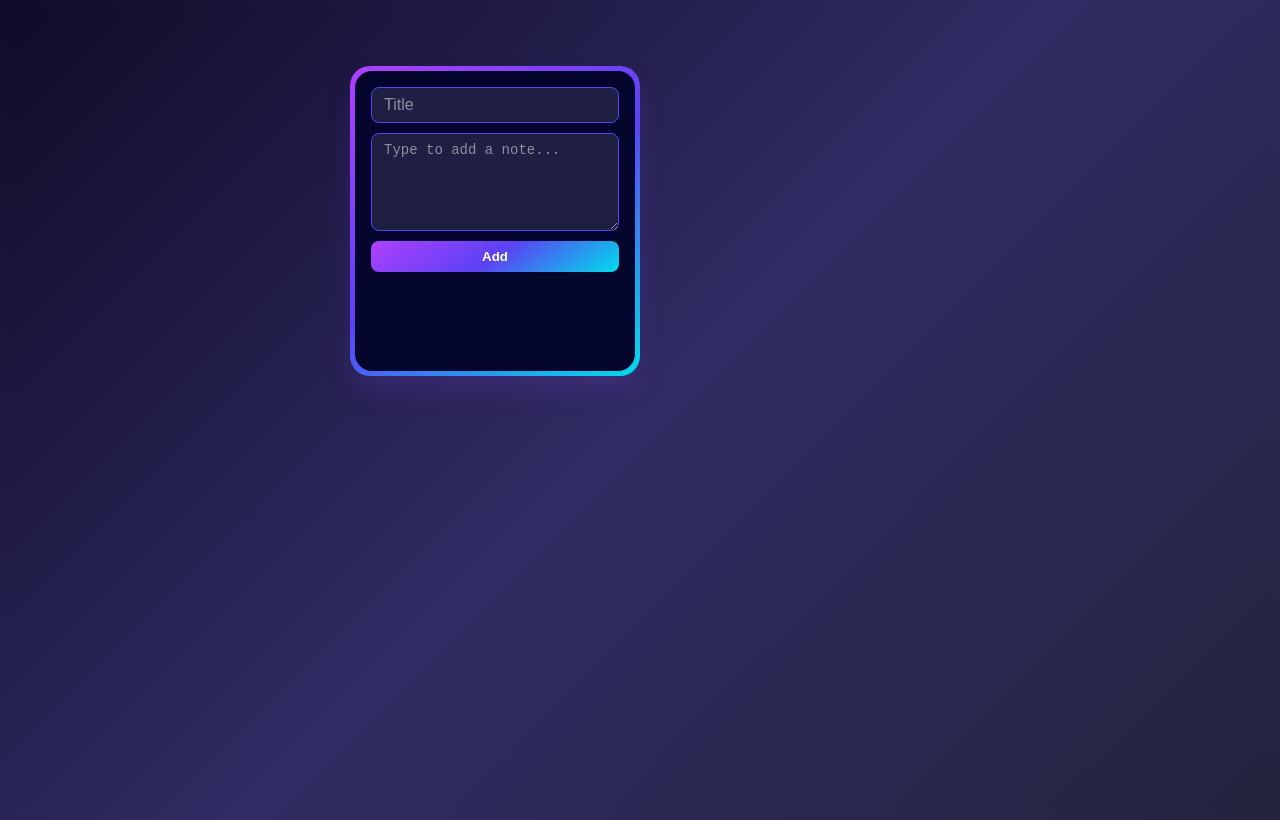
Repository: AJANI2005/Notes-App
Page: /
An editor plug-in stored every save of this project. The page is shown before and after a run of saves, followed by the edit.
The browser window is 1280 px wide. The pictures show the whole page.
The project was rebuilt for these pictures with package versions that can differ from the ones it lists, and the page was loaded fresh each time. Also part of the build but not shown: vite.config.ts, src/style/dialogbox.css, src/DialogBox.tsx.

Above is the page before, as saved 2025-07-31 18:29:07.

### src/index.css
:root {
  font-family: system-ui, Avenir, Helvetica, Arial, sans-serif;
  font-synthesis: none;
  text-rendering: optimizeLegibility;
  -webkit-font-smoothing: antialiased;
  -moz-osx-font-smoothing: grayscale;
}
body {
  margin: 0;
  font-family: 'Inter', sans-serif;
  background: linear-gradient(135deg, #0f0c29, #302b63, #24243e);
  min-height: 100vh;
  padding: 10px;
  color: white;
}

### src/App.tsx
import { useEffect, useState } from 'react';

// styles
import "./App.css"
import "./style/note.css"
import DialogBox from './DialogBox';


interface Note {
  id: number
  title: string;
  text: string;
}

const Note = () => {
  const [text, setText] = useState('');
  const [title, setTitle] = useState('');


  //Initialize Local Storage
  useEffect(() => {
    if (!localStorage.getItem("notes")) {
      localStorage.setItem("notes", JSON.stringify([]))
    }
    if (localStorage.getItem("title")) {
      setTitle(JSON.parse(localStorage.getItem("title")!))
    }
    if (localStorage.getItem("text")) {
      setText(JSON.parse(localStorage.getItem("text")!))
    }
  }, [])

  // Store Current Data (On Refresh)
  useEffect(() => {
    if (text === '' && title === '') return
    localStorage.setItem("title", JSON.stringify(title))
    localStorage.setItem("text", JSON.stringify(text))
  }, [text, title])

  const createNote = () => {
    const note = {
      id: Date.now(),
      title: title,
      text: text
    } as Note

    // add note
    const notes = JSON.parse(localStorage.getItem("notes")!)
    notes.push(note)
    localStorage.setItem("notes", JSON.stringify(notes))

    // reset state
    setTitle("")
    setText("")
    localStorage.setItem("title", JSON.stringify(""))
    localStorage.setItem("text", JSON.stringify(""))
  }

  return (
    <form className='note'>
      <div className="note-content">
        <input
          value={title}
          placeholder='Title'
          onChange={(e) => setTitle(e.target.value)}
          type="text" className='note-title-input' />
        <textarea
          value={text}
          onChange={(e) => setText(e.target.value)}
          className='note-input'
          placeholder='Type to add a note...'></textarea>
        <button className='addBtn' onClick={createNote}>Add</button>
      </div>

    </form>
  )
}

function App() {

  const [notes, setNotes] = useState([]);



  const [editing, setEditing] = useState(false);
  const [currentNote, setCurrentNote] = useState<Note | undefined>(undefined);


  //Initialize Local Storage
  useEffect(() => {
    if (localStorage.getItem("notes")) {
      setNotes(JSON.parse(localStorage.getItem("notes")!))
    }
  }, [])

  //Save current note
  const saveNote = () => {
    const notes = JSON.parse(localStorage.getItem("notes")!)
    const index = notes.findIndex((note: Note) => note.id === currentNote?.id)
    notes[index] = currentNote
    localStorage.setItem("notes", JSON.stringify(notes))
    setEditing(false)
    // refresh
    window.location.reload()
  }
  //Delete note
  const deleteNote = () => {
    const notes = JSON.parse(localStorage.getItem("notes")!)
    const index = notes.findIndex((note: Note) => note.id === currentNote?.id)
    notes.splice(index, 1)
    localStorage.setItem("notes", JSON.stringify(notes))
    setEditing(false)
    // refresh
    window.location.reload()
  }

  return (
    <div className='app'>
      <Note />
      {/* Display Notes */}
      <div className='notes-grid'>
        {notes.map((note: Note, index) => (
          <div key={index} className='note'>
            <div className='note-content'>
              <h2 className='note-title'>{note.title}</h2>
              <p className='note-text'>{note.text}</p>
              <button className='deleteBtn'
                onClick={deleteNote}>✖</button>
              <button className='editBtn' onClick={() => {
                setEditing(true);
                setCurrentNote(note);
              }}
              >📝</button>
            </div>
          </div>))}
      </div>

      {/* Edit Dialog Box */}
      <DialogBox isOpen={editing} onClose={() => setEditing(false)}>
        <form className='note'>
          <div className='note-content'>
            <input
              value={currentNote?.title}
              placeholder='Title'
              onChange={(e) => setCurrentNote({ ...currentNote, title: e.target.value } as Note)}
              type="text" className='note-title-input' />

            <textarea
              value={currentNote?.text}
              onChange={(e) => setCurrentNote({ ...currentNote, text: e.target.value } as Note)}
              className='note-input'
              placeholder='Type to add a note...'></textarea>

            <button className='addBtn' onClick={() => {
              saveNote()
              setEditing(false)
            }}>Save</button>
          </div>
        </form>
      </DialogBox>
    </div>
  )
}

export default App

### src/App.css
.app {
  margin: 0;
  font-family: 'Inter', sans-serif;
  background: linear-gradient(135deg, #0f0c29, #302b63, #24243e);
  min-height: 100vh;
  display: flex;
  justify-content: center;
  align-items: start;
  padding: 40px 0;
  color: white;
}

### src/style/note.css
/* Outer Note Card - gradient like .card */
.note {
  display: flex;
  flex-direction: column;
  gap: 10px;
  padding: 5px; /* leave room for inner card content */
  width: 280px;
  height: 300px; /* optional fixed height for card-like look */
  border-radius: 20px;
  background-image: linear-gradient(144deg, #AF40FF, #5B42F3 50%, #00DDEB);
  box-shadow: rgba(151, 65, 252, 0.2) 0 15px 30px -5px;
  position: relative;
  margin: 16px;
  transition: transform 0.2s ease;
}

.note:hover {
  transform: translateY(-3px);
}

/* Inner dark content like .card__content */
.note-content {
  background: rgb(5, 6, 45); /* dark inner content */
  border-radius: 17px;
  flex: 1;
  padding: 16px;
  display: flex;
  flex-direction: column;
  gap: 10px;
  padding-bottom: 50px; /* make space for delete/edit buttons */
  color: white;
  position: relative;
}

/* Title input */
.note-title-input {
  padding: 8px 12px;
  font-size: 16px;
  font-weight: 500;
  border-radius: 8px;
  border: 1px solid #5B42F3;
  background: rgba(255,255,255,0.1);
  color: white;
  outline: none;
  transition: 0.2s;
}

.note-title-input::placeholder {
  color: rgba(255,255,255,0.5);
}

.note-title-input:focus {
  border-color: #00DDEB;
}

/* Textarea input */
.note-input {
  min-height: 80px;
  resize: vertical;
  padding: 8px 12px;
  font-size: 14px;
  border-radius: 8px;
  border: 1px solid #5B42F3;
  background: rgba(255,255,255,0.1);
  color: white;
  outline: none;
  transition: 0.2s;
}

.note-input::placeholder {
  color: rgba(255,255,255,0.5);
}

.note-input:focus {
  border-color: #00DDEB;
}

/* Add Button - matches gradient theme */
.addBtn {
  background-image: linear-gradient(144deg, #AF40FF, #5B42F3 50%, #00DDEB);
  color: white;
  border: none;
  padding: 8px 12px;
  border-radius: 8px;
  font-weight: 600;
  cursor: pointer;
  transition: transform 0.2s ease;
}

.addBtn:hover {
  transform: scale(1.05);
}

/* Delete and Edit Buttons */
.deleteBtn,
.editBtn {
  position: absolute;
  bottom: 12px;
  border: none;
  padding: 6px 10px;
  font-size: 14px;
  border-radius: 6px;
  cursor: pointer;
  color: white;
  transition: transform 0.2s ease, background-color 0.2s ease;
}

.deleteBtn {
  left: 12px;
  background-color: #ff6b6b;
}

.deleteBtn:hover {
  background-color: #e63946;
  transform: scale(1.05);
}

.editBtn {
  left: 65px;
  background-color: #4ff10f;
  color: #111;
}

.editBtn:hover {
  background-color: #49d611;
  transform: scale(1.05);
}

/* Title of the note */
.note-title {
  font-size: 18px;
  font-weight: 600;
  color: white;
  margin-bottom: 8px;
}

/* Text content of the note */
.note-text {
  font-size: 14px;
  color: rgba(255,255,255,0.85);
  line-height: 1.5;
  white-space: pre-wrap; /* respect \n */
}

/* Grid for all notes */
.notes-grid {
  display: grid;
  grid-template-columns: repeat(auto-fill, minmax(250px, 1fr));
  gap: 16px;
  padding: 20px;
  justify-items: center;
}

Loaded but not shown: index.html (common file); src/main.tsx (common file)

After the next 3 saves:
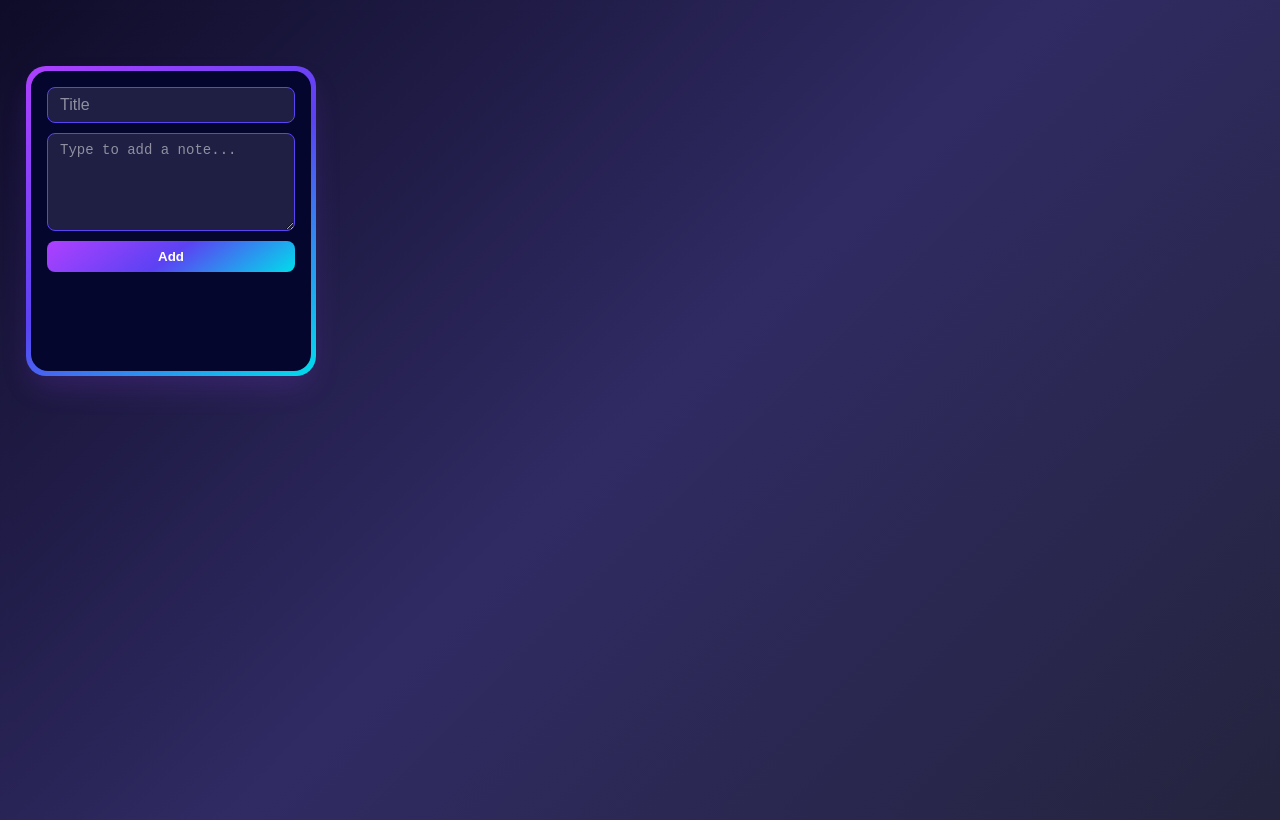
The 3 saves are shown as one change because they came seconds apart.
The last was saved 42 s later.
--- a/src/App.css
+++ b/src/App.css
@@ -3,9 +3,6 @@
   font-family: 'Inter', sans-serif;
   background: linear-gradient(135deg, #0f0c29, #302b63, #24243e);
   min-height: 100vh;
-  display: flex;
-  justify-content: center;
-  align-items: start;
   padding: 40px 0;
   color: white;
 }
